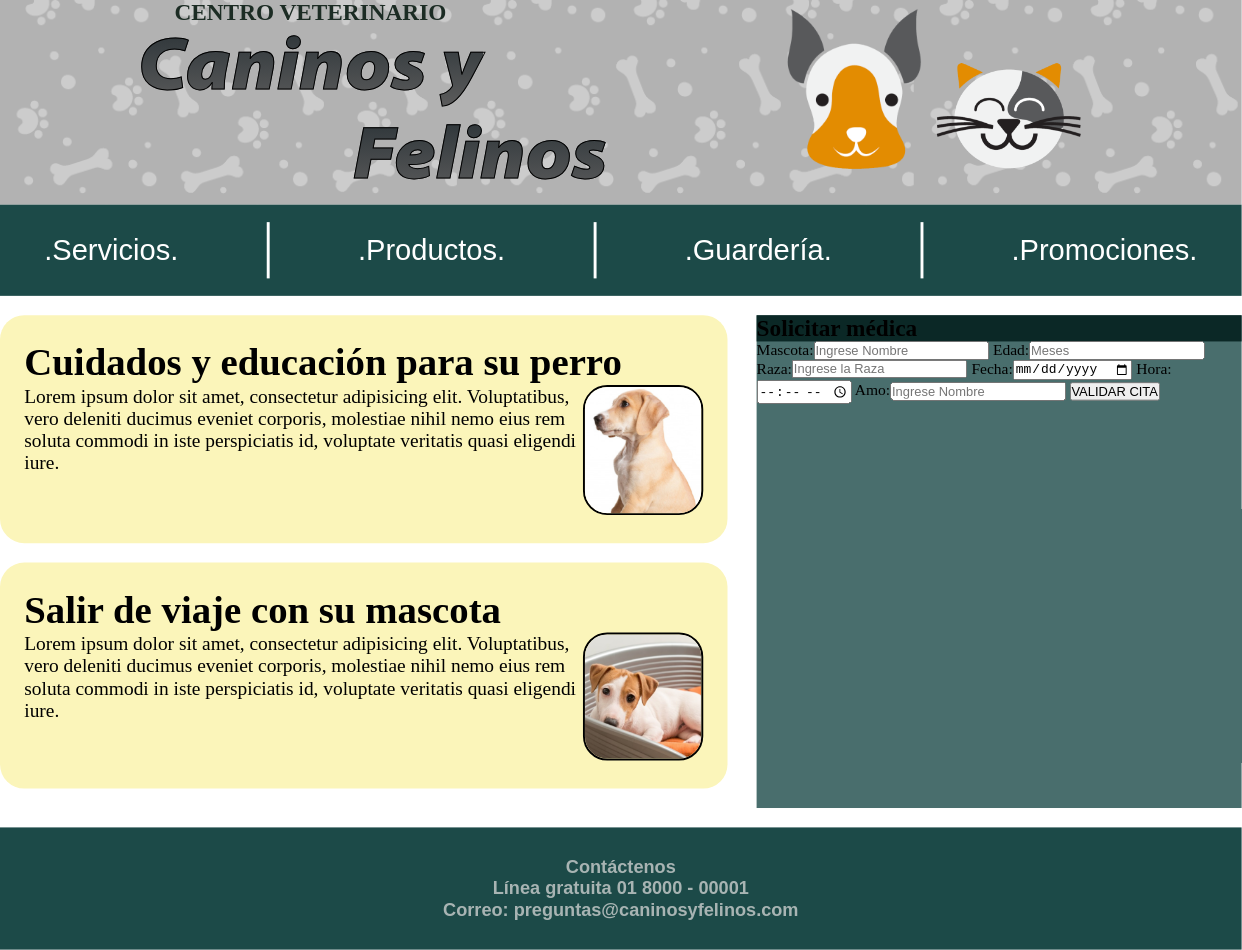
Repository: mariomr87/senaweb01
Page: principal.html
The author's editor kept a copy of each file at every save. The page is drawn from the files as they stood at one save, then again after the next save.
The browser window is 1280 px wide. The pictures show the whole page, at 97% of full size.

Above is the page before, as saved 2021-10-23 10:37:08.

### principal.html
<!DOCTYPE html>
<html lang="en">
<head>
    <meta charset="UTF-8">
    <meta http-equiv="X-UA-Compatible" content="IE=edge">
    <meta name="viewport" content="width=device-width, initial-scale=1.0">
    <link rel="stylesheet" href="estilos.css">
    <title>Document</title>
</head>
<body>
    <div>
        <header>
            <div id="cabecera">
                <div class="header-text">
                    <h3>CENTRO VETERINARIO</h3>
                    <h1><span id="header-text-degrad">Caninos y <br><span id="text-felinos">Felinos</span></spa></h1>
                </div>
                <div class="header-img">
                    <img src="./imagenes/dog_white.png" alt="">
                    <img src="./imagenes/cat_white.png" alt="">
                </div>
            </div>
        </header>
        <nav>
            <td>
                <tr><a href="">.Servicios.</a><span class="linea"></span></tr>
                <tr><a href="">.Productos.</a><span class="linea"></span></tr>
                <tr><a href="">.Guardería.</a><span class="linea"></span></tr>
                <tr><a href="">.Promociones.</a></tr>
            </td>
        </nav>
        <div class="centro-pag">
            <section>
                <article>
                    <h2>Cuidados y educación para su perro</h2>
                    <div class="centropag-texto">
                        <p>Lorem ipsum dolor sit amet, consectetur adipisicing elit. Voluptatibus, vero deleniti ducimus eveniet corporis, molestiae nihil nemo eius rem soluta commodi in iste perspiciatis id, voluptate veritatis quasi eligendi iure.</p>
                        <div><img src="./imagenes/perro1.png" alt=""></div>
                    </div>
                </article>
                <article>
                    <h2>Salir de viaje con su mascota</h2>
                    <div class="centropag-texto">
                        <p>Lorem ipsum dolor sit amet, consectetur adipisicing elit. Voluptatibus, vero deleniti ducimus eveniet corporis, molestiae nihil nemo eius rem soluta commodi in iste perspiciatis id, voluptate veritatis quasi eligendi iure.</p>
                        <div><img src="./imagenes/perro2.png" alt=""></div>
                    </div>
                </article>
            </section>
            <aside>
                <form action="">
                    <div><h2>Solicitar médica</h2></div>
                    <div class="cuestionario">
                        <label for="mascota_name">Mascota:</label><input type="text" placeholder="Ingrese Nombre" id="">
                        <label for="age_pet">Edad:</label><input type="number" name="" id="" placeholder="Meses">
                        <label for="raza_pet">Raza:</label><input type="text" name="" id="" placeholder="Ingrese la Raza">
                        <label for="fecha_ingreso_pet">Fecha:</label><input type="date" name="" id="">
                        <label for="hora_ingreso_pet">Hora:</label><input type="time" name="" id="">
                        <label for="amo_pet">Amo:</label><input type="text" name="" id="" placeholder="Ingrese Nombre">
                        <button type="submit">VALIDAR CITA</button>
                    </div>
                </form>
            </aside>
        </div>
        <footer>
            <h3>Contáctenos</h3>
            <h3>Línea gratuita 01 8000 - 00001</h3>
            <h3>Correo: preguntas@caninosyfelinos.com</h3>
        </footer>
    </div>
</body>
</html>

### estilos.css
*{
    margin: 0px;
    padding: 0px;
}

@font-face {
    font-family: Myriad_Pro ;
    src: url(./extra/MyriadProBlackSemiExtendedItalic.otf);
}

h1{
    font-family: Myriad_pro;
}

header div img{
    width: 10em;
}

#cabecera{
    background-image: url("./imagenes/fondo.png");
    background-repeat: initial;
    width: 100%;
    display: flex;
    text-align: center;
}

.header-text,.header-img{
    width:50%;
}

.header-text h3{
    font-size: 1.5em;
    color:#1c2c24;
}

.header-text h1{
    font-size: 4.8em;
}

#header-text-degrad{
    background: linear-gradient(#30373b,#5c5c5c);
    -webkit-background-clip: text;
    -webkit-text-fill-color: transparent;
    -webkit-text-stroke: 1px black;
}

#text-felinos{
    margin-left: 350px;
}

nav{
    display: flex;
    flex-direction: row;
    justify-content: space-around;
    background: #1c4a48;
    margin-bottom: 20px;
}

nav a{
    color: #fff;
    text-decoration: none;
    font-size: 30px;
    font-family: Arial, Helvetica, sans-serif;
    padding: 30px 0;

}

.linea{
    border-right: 3px solid #fff;
    margin: 18px 0;
}

.centro-pag{
    display: flex;
}

.centropag-texto{
    display: flex;
}

section{
    width: 60%;
    margin-right: 30px;
}

article{
    background: #fbf5ba;
    margin-bottom: 20px;
    padding: 25px;
    border-radius: 25px;
}

article h2{
    font-size: 40px;
}

article p{
    font-size: 20px;
}

article div img {
    width: 120px;
    border: 2px solid black;
    border-radius: 25px;
}

form  div h2{
    background:#0b2826 ;
}

aside{
    background: #496e6d;
    width: 40%;
}

footer{
    text-align: center;
    background: #1c4a48;
    color: #a8b4b3;
    padding: 30px 0;
    font-family: Arial, Helvetica, sans-serif;
    margin-top: 20px;
}

After the next save:
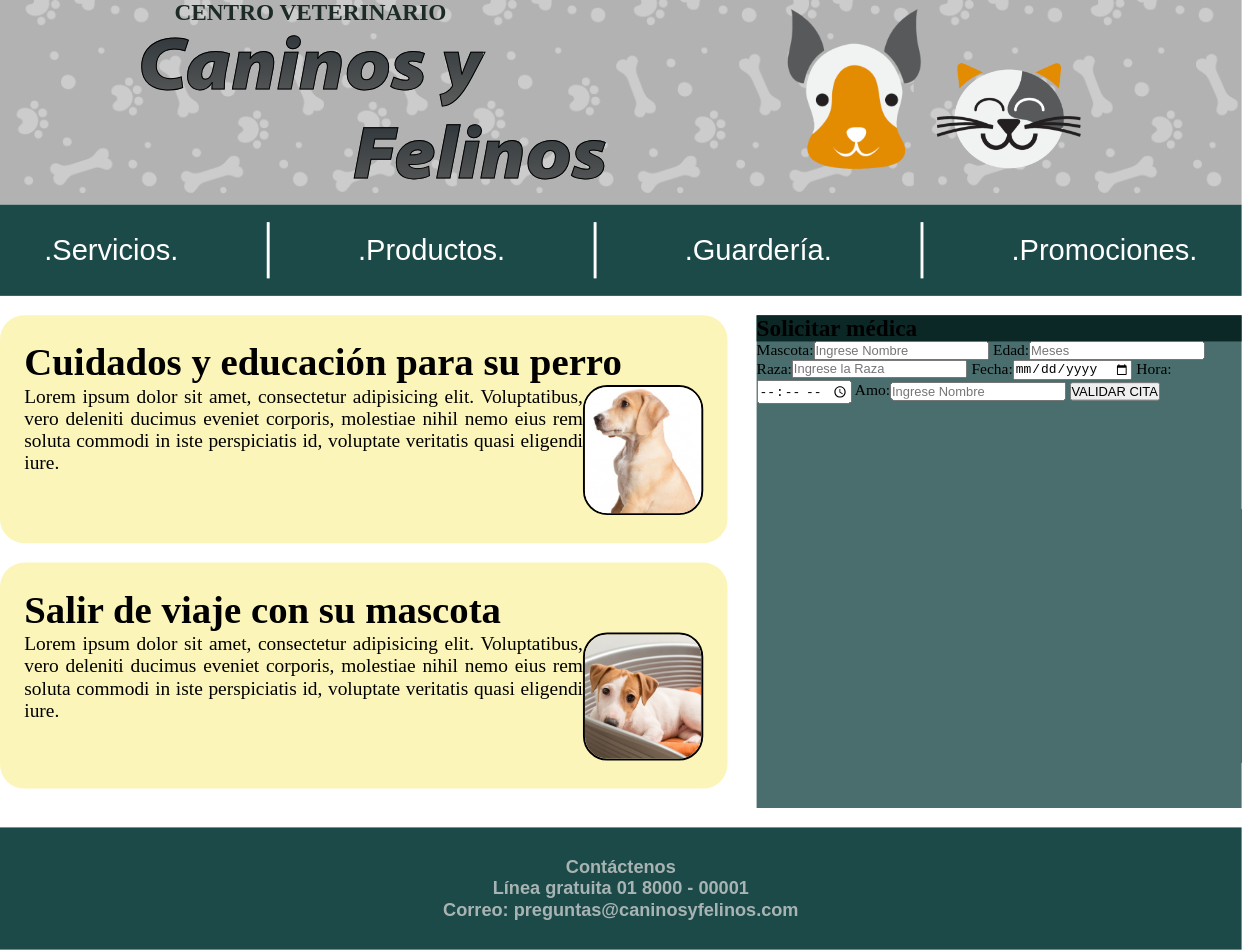
Saved 20 s later.
--- a/estilos.css
+++ b/estilos.css
@@ -96,6 +96,7 @@ article h2{
 
 article p{
     font-size: 20px;
+    text-align: justify;
 }
 
 article div img {
